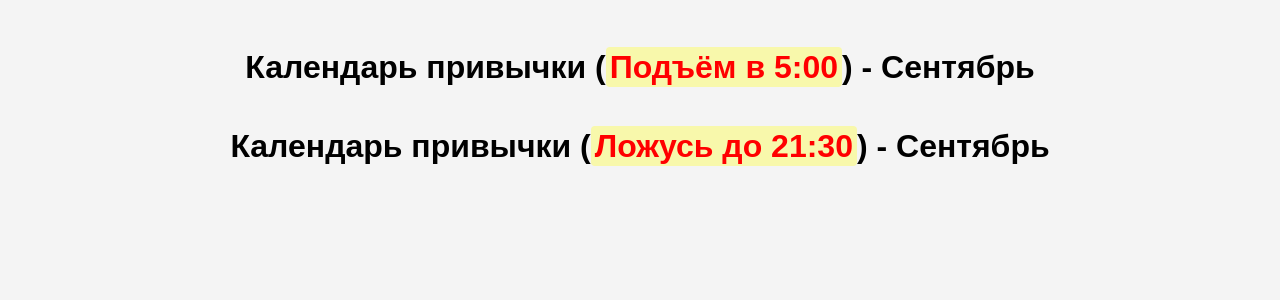
Repository: Pavel1776/doublecalendar
Page: index.html
An editor plug-in stored every save of this project. The page is shown before and after the next save, followed by the edit.
The browser window is 1280 px wide. The pictures show the whole page.

Above is the page before, as saved 2025-09-17 15:03:38.
Console error: TypeError: Cannot read properties of null (reading 'appendChild')

### index.html
<!DOCTYPE html>
<html lang="ru">

<head>
  <meta charset="UTF-8">
  <meta name="viewport" content="width=device-width, initial-scale=1.0">
  <link href="style.css" rel="stylesheet">
  <title>Календарь привычек</title>
</head>

<body>

  <h1>Календарь привычки (<span class="highlight">Подъём в 5:00</span>) - Сентябрь</h1>
  <div class="calendar" id="calendar-morning"></div>

  <h1>Календарь привычки (<span class="highlight">Ложусь до 21:30</span>) - Сентябрь</h1>
  <div class="calendar" id="calendar-bedtime"></div>

  <script src="script.js"></script>
</body>

</html>

### style.css
body {
  font-family: Arial, sans-serif;
  background: #f4f4f4;
  display: flex;
  flex-direction: column;
  align-items: center;
  padding: 20px;
}

h1 {
  margin-bottom: 20px;
}

.calendar {
  display: grid;
  grid-template-columns: repeat(7, 60px);
  gap: 8px;
}

.day {
  width: 60px;
  height: 60px;
  display: flex;
  align-items: center;
  justify-content: center;
  background: white;
  border: 1px solid #ccc;
  font-size: 18px;
  cursor: pointer;
  position: relative;
  user-select: none;
}

/* Галочка успеха */
.day.success::after {
  content: "✔";
  color: rgba(0, 200, 0, 0.6); /* зелёная прозрачная */
  font-size: 40px;
  position: absolute;
}

/* Красный крестик неудачи */
.day.fail::after {
  content: "✖";
  color: rgba(255, 0, 0, 0.8);
  font-size: 40px;
  position: absolute;
}

.highlight{
  font-weight: bold; /* жирный текст */
  color: red; /* красный цвет */
  background-color: rgba(255, 255, 0, 0.3); /* полупрозрачный желтый фон */
  padding: 2px 4px;
  border-radius: 4px;
}

### script.js
const calendar = document.getElementById("calendar");
const daysInSeptember = 30;

// Загружаем отмеченные дни из localStorage
let dayStatus = JSON.parse(localStorage.getItem("dayStatus")) || {};

for (let i = 1; i <= daysInSeptember; i++) {
  const day = document.createElement("div");
  day.classList.add("day");
  day.textContent = i;

  // Восстанавливаем статус дня
  if (dayStatus[i] === "success") day.classList.add("success");
  if (dayStatus[i] === "fail") day.classList.add("fail");

  // Клик — переключение: пусто → success → fail → пусто
  day.addEventListener("click", () => {
    if (day.classList.contains("success")) {
      day.classList.remove("success");
      day.classList.add("fail");
      dayStatus[i] = "fail";
    } else if (day.classList.contains("fail")) {
      day.classList.remove("fail");
      delete dayStatus[i];
    } else {
      day.classList.add("success");
      dayStatus[i] = "success";
    }

    // Сохраняем в localStorage
    localStorage.setItem("dayStatus", JSON.stringify(dayStatus));
  });

  calendar.appendChild(day);
}

After the next save:
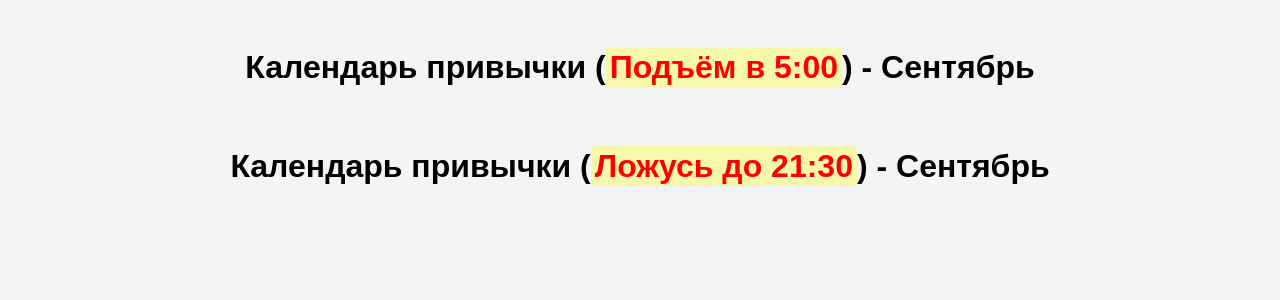
Saved 32 s later.
--- a/style.css
+++ b/style.css
@@ -8,13 +8,14 @@
 }
 
 h1 {
-  margin-bottom: 20px;
+  margin-bottom: 10px;
 }
 
 .calendar {
   display: grid;
   grid-template-columns: repeat(7, 60px);
   gap: 8px;
+  margin-bottom: 30px; /* отступ между календарями */
 }
 
 .day {
@@ -34,7 +35,7 @@
 /* Галочка успеха */
 .day.success::after {
   content: "✔";
-  color: rgba(0, 200, 0, 0.6); /* зелёная прозрачная */
+  color: rgba(0, 200, 0, 0.6);
   font-size: 40px;
   position: absolute;
 }
@@ -48,9 +49,9 @@
 }
 
 .highlight{
-  font-weight: bold; /* жирный текст */
-  color: red; /* красный цвет */
-  background-color: rgba(255, 255, 0, 0.3); /* полупрозрачный желтый фон */
+  font-weight: bold;
+  color: red;
+  background-color: rgba(255, 255, 0, 0.3);
   padding: 2px 4px;
   border-radius: 4px;
 }
